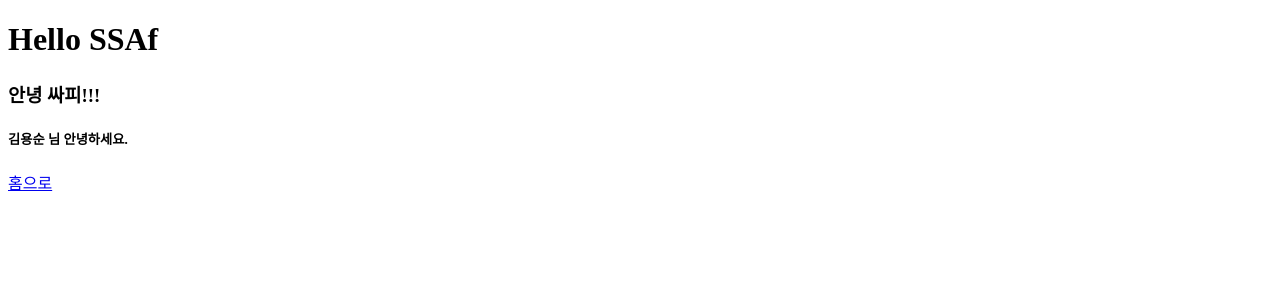
Repository: s00ngle/SSAFY-BE
Page: http://localhost/basic_jsp/hello.jsp
The author's editor kept a copy of each file at every save. The page is drawn from the files as they stood at one save, then again after the next save.
The browser window is 1280 px wide. The pictures show the whole page.
The page is served by Tomcat 9. Other server files are loaded and not shown.

Above is the page before, as saved 2024-09-24 01:24:13.

### basic_jsp/src/main/webapp/hello.jsp
<%@ page language="java" contentType="text/html; charset=UTF-8"
    pageEncoding="UTF-8"%>

<%
	String name = "김용순";
%>

<!DOCTYPE html>
<html>
<head>
<meta charset="UTF-8">
<title>Insert title here</title>
</head>
<body>
	<h1>Hello SSAf</h1>
	<h3>안녕 싸피!!!</h3>
	<h5><% out.println(name); %>님 안녕하세요.</h5>
	<a href="/basic_jsp/index.jsp">홈으로</a>
</body>
</html>

After the next save:
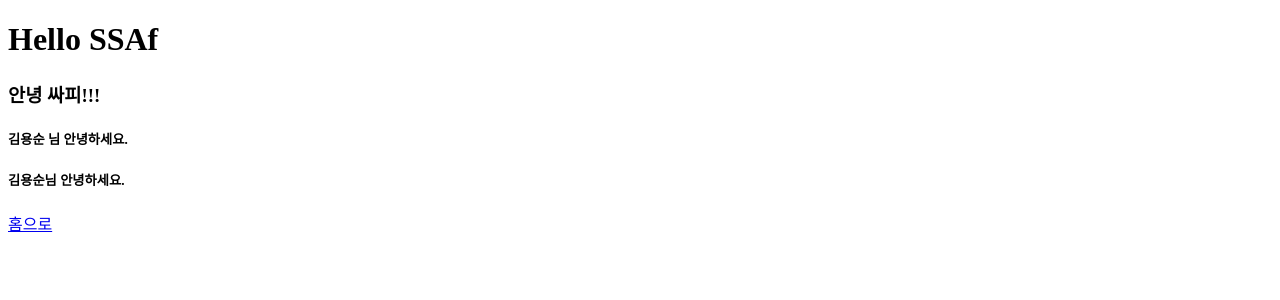
Saved 13 s later.
--- a/basic_jsp/src/main/webapp/hello.jsp
+++ b/basic_jsp/src/main/webapp/hello.jsp
@@ -15,6 +15,7 @@
 	<h1>Hello SSAf</h1>
 	<h3>안녕 싸피!!!</h3>
 	<h5><% out.println(name); %>님 안녕하세요.</h5>
+	<h5><%= name %>님 안녕하세요.</h5>
 	<a href="/basic_jsp/index.jsp">홈으로</a>
 </body>
 </html>
